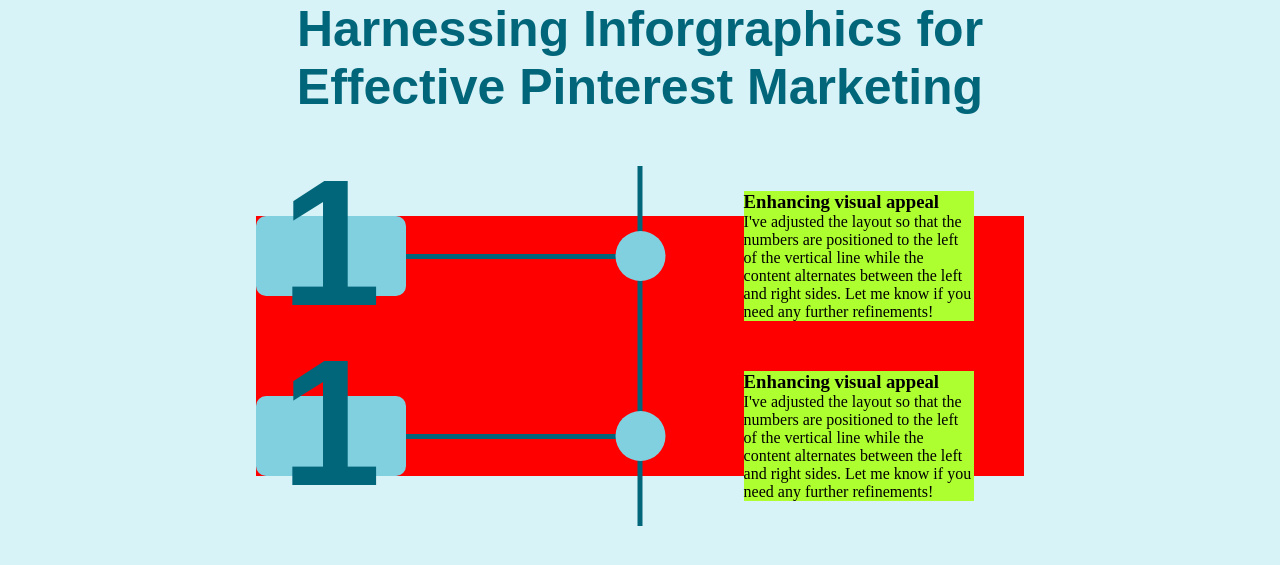
Repository: ayushrajput545/InforGraphic-page
Page: index.html
An editor plug-in stored every save of this project. The page is shown before and after the next save, followed by the edit.
The browser window is 1280 px wide. The pictures show the whole page.
Some web fonts or font styles are not loaded; a fallback is used.

Above is the page before, as saved 2025-04-01 23:03:27.

After the next save:
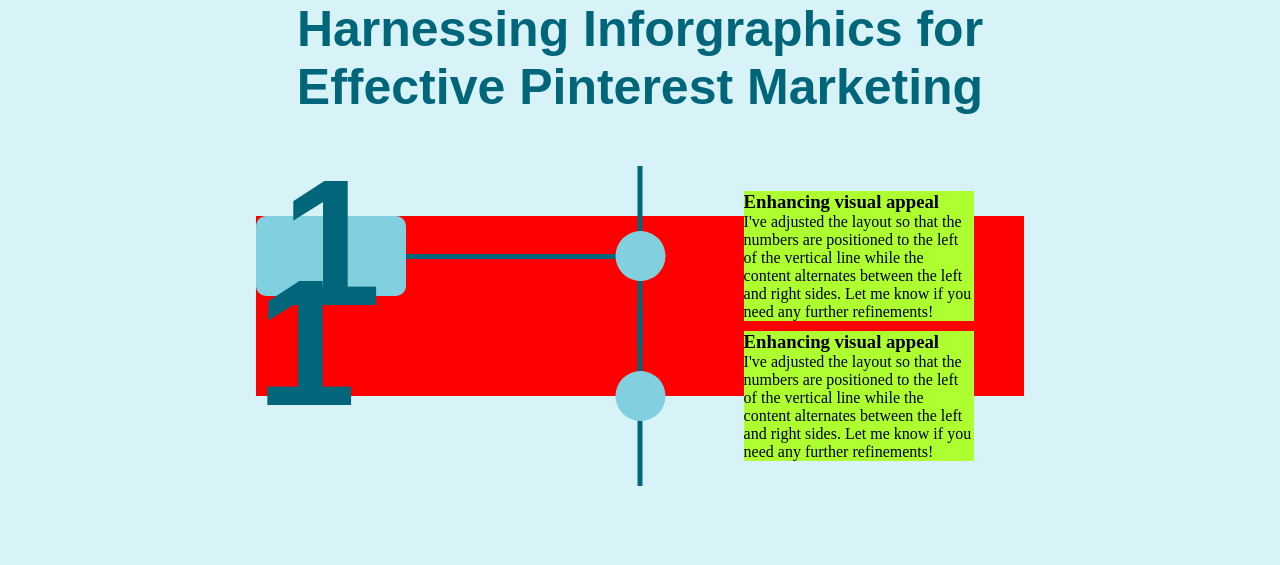
Saved 19 s later.
--- a/style.css
+++ b/style.css
@@ -100,7 +100,7 @@
     position: relative;
 }
 
-.overlap-even{
+/* .overlap-even{
     background-color: #81d0e0;
     width: 150px;
     height: 80px;
@@ -117,4 +117,4 @@
     width: 30%;
     height: 5px;
     position: relative;
-}
+} */
